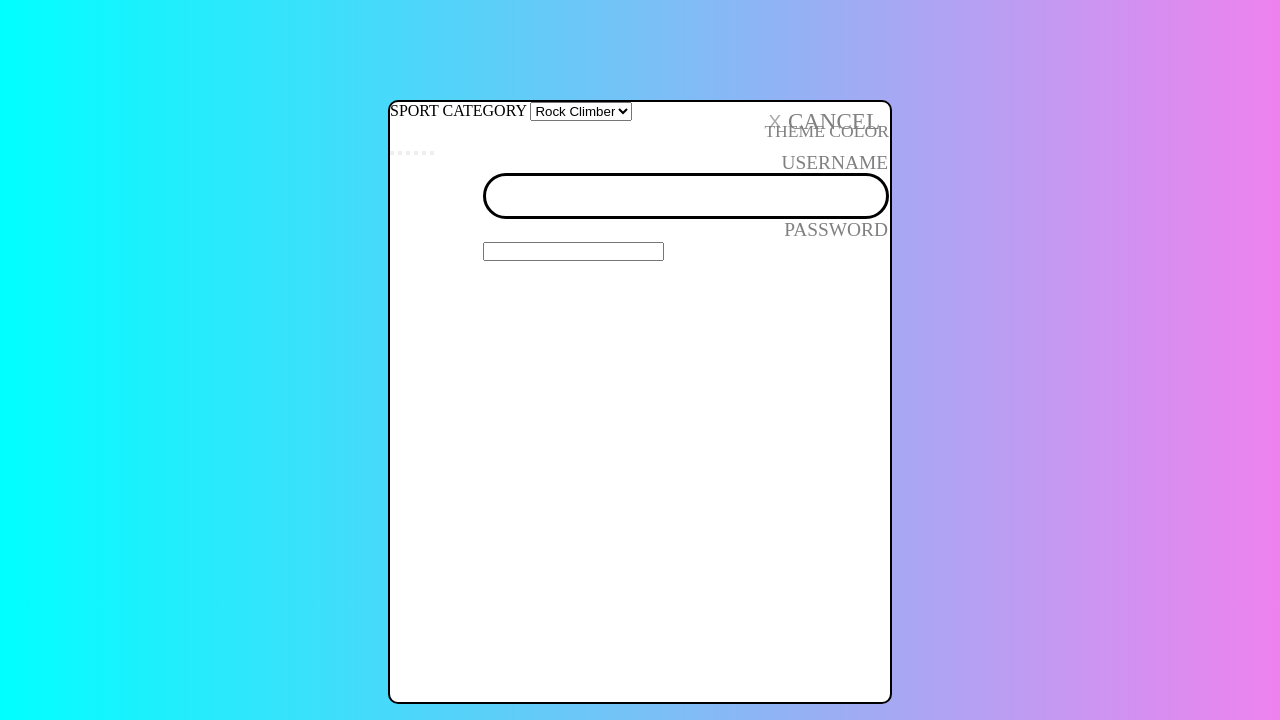
Repository: zRush1202/LoginPage-demo
Page: dom/exercise/login.html
The author's editor kept a copy of each file at every save. The page is drawn from the files as they stood at one save, then again after the next save.
The browser window is 1280 px wide. The pictures show the whole page.

Above is the page before, as saved 2023-09-17 09:23:02.

### dom/exercise/login.html
<!DOCTYPE html>
<html lang="en">
<head>
    <meta charset="UTF-8">
    <meta name="viewport" content="width=device-width, initial-scale=1.0">
    <title>Login page</title>
    <link rel="stylesheet" href="login.css">
</head>
<body>
    <div class="login">
        <div class="cancel">
            <button class="X">X</button>
            <span class="cancel">CANCEL</span>
        </div>
        <div class="tk">
            <span>USERNAME</span>
            <br>
            <input type="USERNAME" class="user">
            <br>
            <span>PASSWORD</span>
            <br>
            <input type="PASSWORD" class="pass">
            <br>
        </div>
        <div>
            <label for="sport">SPORT CATEGORY</label>
            <select name="sport" id="sport">
                <option value="rc">Rock Climber</option>
                <option value="fb">Football</option>
                <option value="bkb">basketball</option>
                <option value="sm">swimming</option>
            </select>
        </div>
        <div>
            <span>THEME COLOR</span>
            <br>
            <button class="bgc" style="color: pink;"></button>
            <button class="bgc" style="color: wheat;"></button>
            <button class="bgc" style="color: green;"></button>
            <button class="bgc" style="color: violet;"></button>
            <button class="bgc" style="color: cyan;"></button>
            <button class="bgc" style="color: gray;"></button>
        </div>
    </div>
</body>
</html>

### dom/exercise/login.css
* {
    margin: 0;
    padding: 0;
}

body {
    display: flex;
    justify-content: center;
    align-items: center;
    position: relative;
    top: 100px;
    background-image: linear-gradient(to right, cyan, violet);
}

.login {
    display: block;
    width: 500px;
    height: 600px;
    background-color: white;
    border: 2px solid black;
    border-radius: 10px;
    position: relative;
}

.cancel {
    position: absolute;
    right: 5px;
    top: 3px;
}

.cancel {
    font-size: 120%;

}

.X {
    height: 20px;
    width: 20px;
    color: darkgray;
    font-size: 100%;
    border: none;
    background-color: transparent;
    position: absolute;
    right: 100px;
    top: 6px;
}

.user {
    height: 40px;
    width: 400px;
    border-radius: 50px;
    border: 3px solid black;
}

.tk, span {
    font-size: 110%;
    color: gray;
    position: absolute;
    right: 1px;
}

.tk {
    position: absolute;
    top: 50px;
}

After the next save:
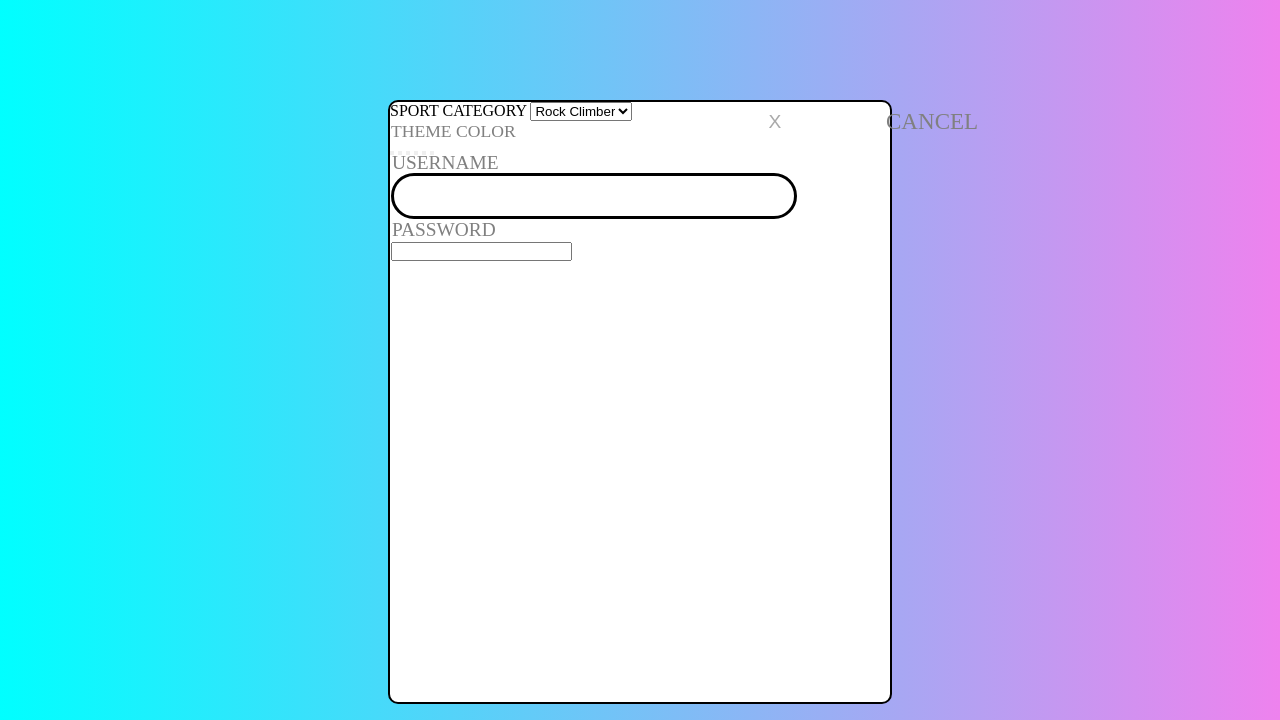
Saved 11 s later.
--- a/dom/exercise/login.css
+++ b/dom/exercise/login.css
@@ -56,7 +56,7 @@ body {
     font-size: 110%;
     color: gray;
     position: absolute;
-    right: 1px;
+    left: 1px;
 }
 
 .tk {
